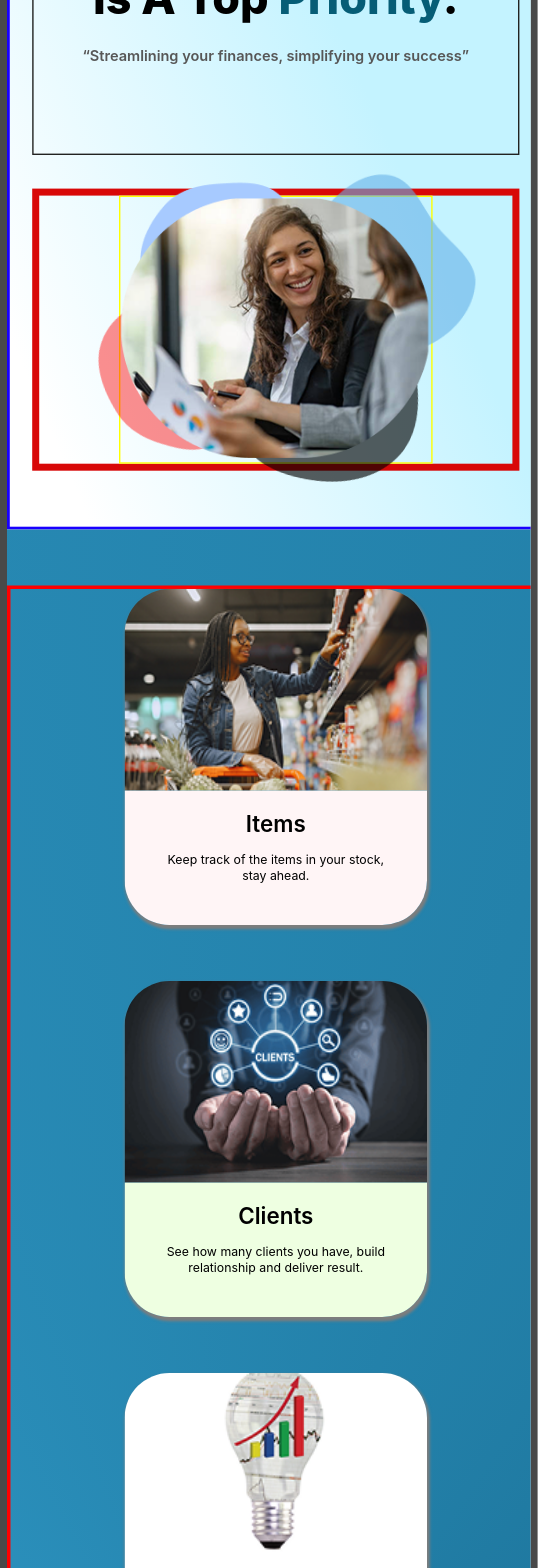
Repository: dark-txch/Bizpadi
Page: /
These files come from the project's save history. The page is drawn as it stood at one moment and after the next save; the edit follows.
The browser window is 768 px wide. The pictures show the part of the page from y = 328 to 2568 px (the page is 3425 px tall before and 3502 px after), at 70% of full size.
The project was rebuilt for these pictures with package versions that can differ from the ones it lists, and the page was loaded fresh each time. Also part of the build but not shown: vite.config.js, src/components/ErrorBoundary.jsx, src/components/LandingPage/PricingPage/Pricing.jsx, src/components/LandingPage/LogInPage/LogIn.jsx.

Above is the page before, as saved 2025-04-09 20:19:41.

After the next save:
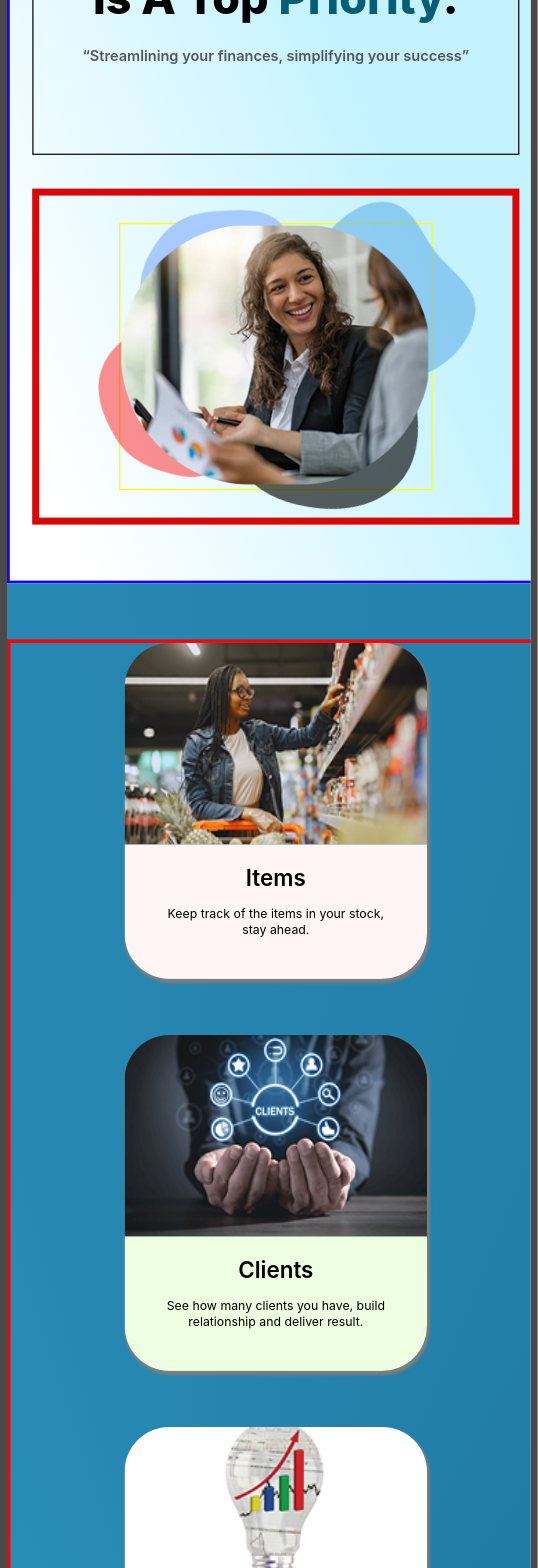
Saved 47 s later.
--- a/src/components/LandingPage/MidSection.css
+++ b/src/components/LandingPage/MidSection.css
@@ -148,6 +148,7 @@
 	.sectionImagesParent {
 		width: 100%;
 		margin-bottom: 5rem;
+		min-height: 30rem;
 
 		border: 10px solid rgb(216, 8, 8);
 	}
